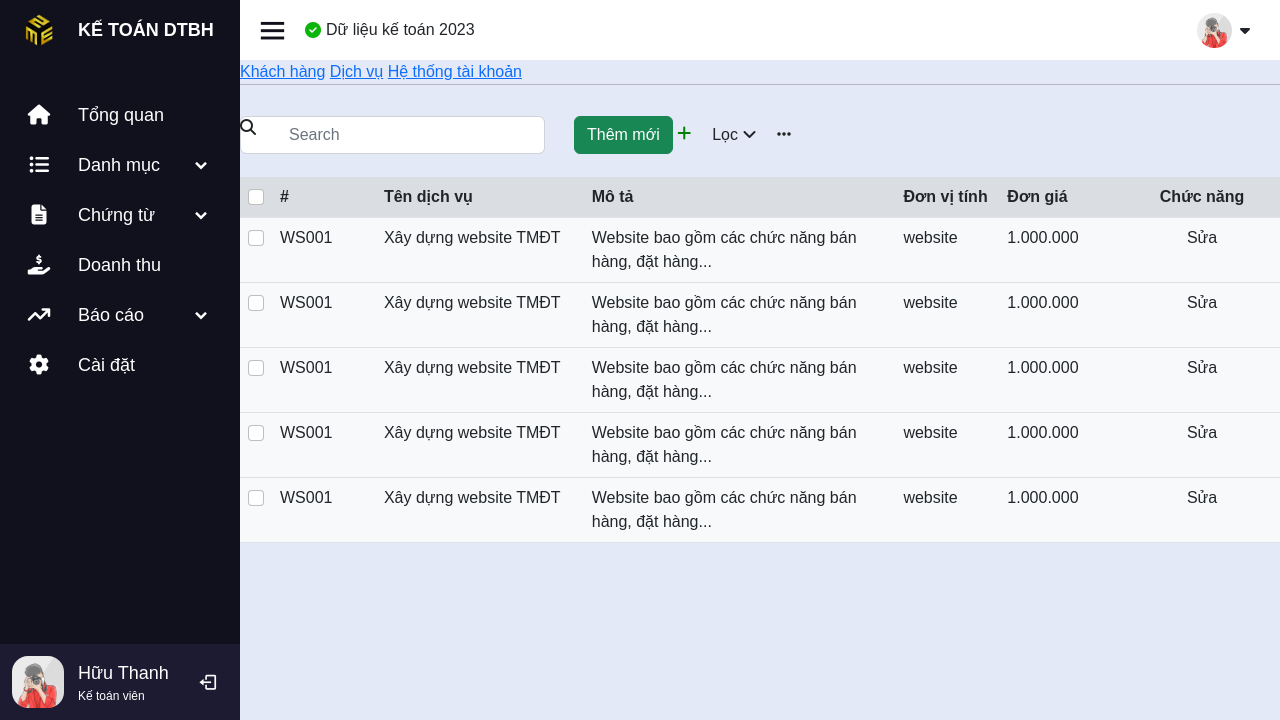
Repository: huuthanhdev/PhanMemKeToan
Page: pages/service.html
An editor plug-in stored every save of this project. The page is shown before and after the next save, followed by the edit.
The browser window is 1280 px wide. The pictures show the whole page.
Some web fonts or font styles are not loaded; a fallback is used. Some web libraries are served in a nearby version.

Above is the page before, as saved 2023-03-24 17:05:42.

After the next save:
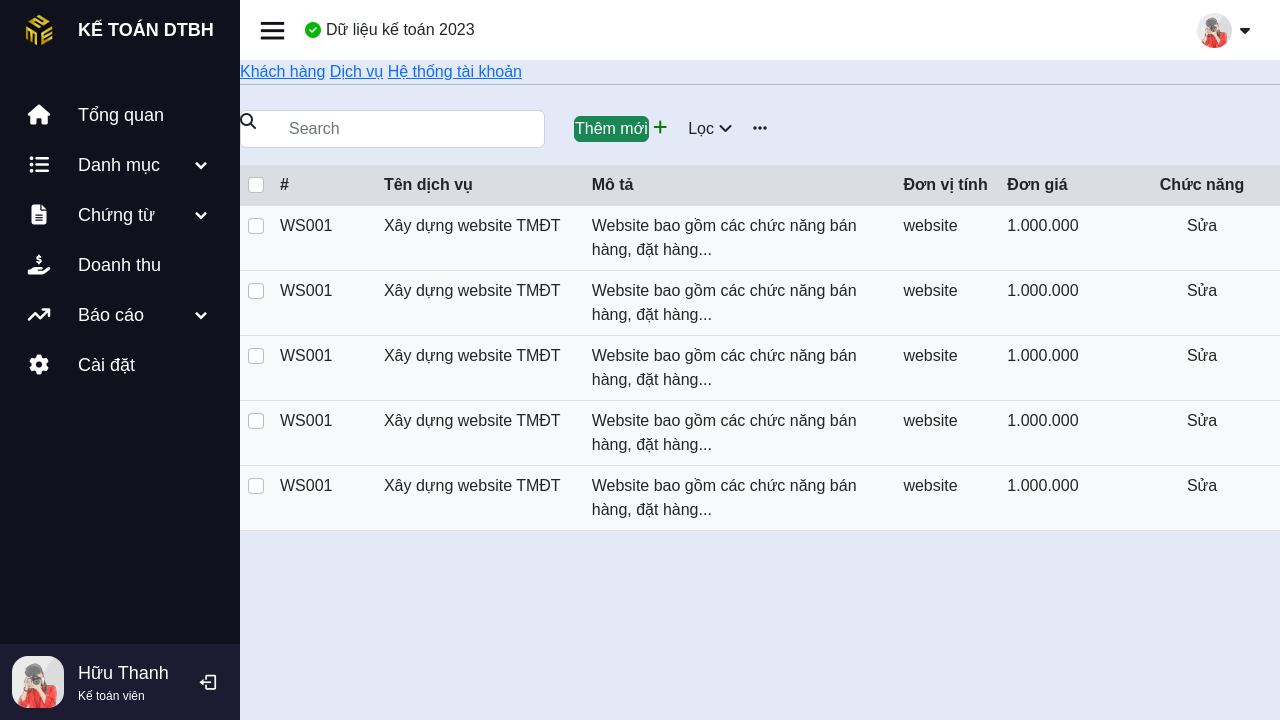
Saved 33 s later.
--- a/pages/service.html
+++ b/pages/service.html
@@ -144,7 +144,7 @@
                   <input class="form-control w-100 px-5 m-0" placeholder="Search">
               </div>
               <div class="btn">
-                <button type="button" class="btn btn-success ms-3">Thêm mới</button>
+                <button type="button" class="btn btn-success ms-3 p-0">Thêm mới</button>
                 <i class="fa-solid fa-plus align-items-center" style="color: green"></i>
               </div>
               <div class="filter px-2">
